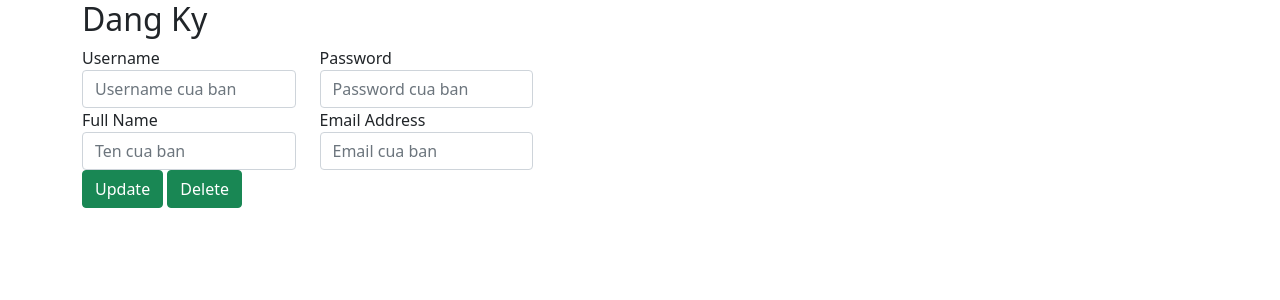
Repository: kiennd3921/AssJava4
Page: http://localhost/Assignment/view/admin/QLyAdmin.jsp
The author's editor kept a copy of each file at every save. The page is drawn from the files as they stood at one save, then again after the next save.
The browser window is 1280 px wide. The pictures show the whole page.
The page is served by Tomcat 9. Other server files are loaded and not shown.

Above is the page before, as saved 2021-04-16 00:56:42.

### PT15307-UD/Assignment/WebContent/view/admin/QLyAdmin.jsp
<%@ page language="java" contentType="text/html; charset=ISO-8859-1"
	pageEncoding="UTF-8"%>
<!DOCTYPE html>
<html>
<head>
<meta charset="UTF-8">
<meta name="viewport" content="width = device-width, initial-scale=1.0">
<title>Insert title here</title>
<%@ taglib uri="http://java.sun.com/jstl/core_rt" prefix="c"%>
<link rel="stylesheet" type="text/css">
<link
	href="https://cdn.jsdelivr.net/npm/bootstrap@5.0.0-beta2/dist/css/bootstrap.min.css"
	rel="stylesheet"
	integrity="sha384-BmbxuPwQa2lc/FVzBcNJ7UAyJxM6wuqIj61tLrc4wSX0szH/Ev+nYRRuWlolflfl"
	crossorigin="anonymous">

</head>
<body>
	<div class="container">
		<div class="row">
			<div class="col-md-5">
				<form>
					<h2>Dang Ky</h2>
					<div class="row">
						<div class="col">
							<label>Username</label> <input type="text" class="form-control"
								placeholder="Username cua ban" required name="">
						</div>
						<div class="col">
							<label>Password</label> <input type="password"
								class="form-control" placeholder="Password cua ban" required
								name="">
						</div>
					</div>
					<div class="row">
						<div class="col">
							<label>Full Name</label> <input type="text" class="form-control"
								placeholder="Ten cua ban" required name="">
						</div>
						<div class="col">
							<label>Email Address</label> <input type="email"
								class="form-control" placeholder="Email cua ban" required
								name="">
						</div>
					</div>
					<div class="form-group">
						<button class="btn btn-success" type="submit">Update</button>
						<button class="btn btn-success" type="submit">Delete</button>
					</div>
				</form>
			</div>
		</div>
	</div>
</body>
</html>

After the next save:
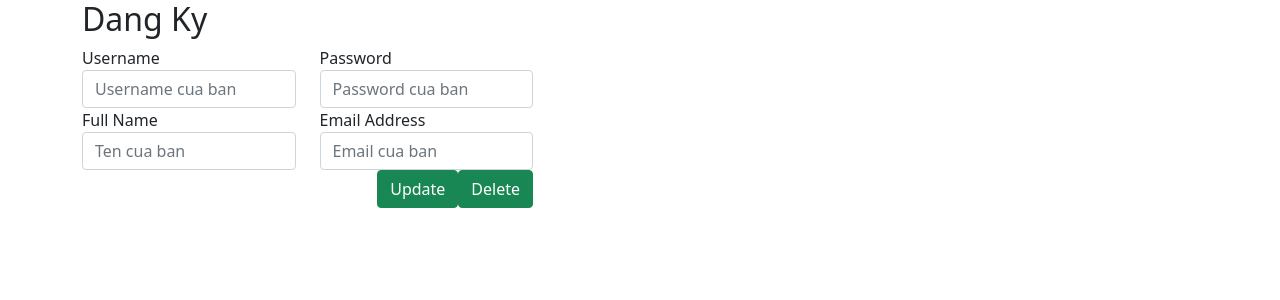
Saved 74 s later.
--- a/PT15307-UD/Assignment/WebContent/view/admin/QLyAdmin.jsp
+++ b/PT15307-UD/Assignment/WebContent/view/admin/QLyAdmin.jsp
@@ -43,7 +43,7 @@
 								name="">
 						</div>
 					</div>
-					<div class="form-group">
+					<div class="form-group nav justify-content-end">
 						<button class="btn btn-success" type="submit">Update</button>
 						<button class="btn btn-success" type="submit">Delete</button>
 					</div>
